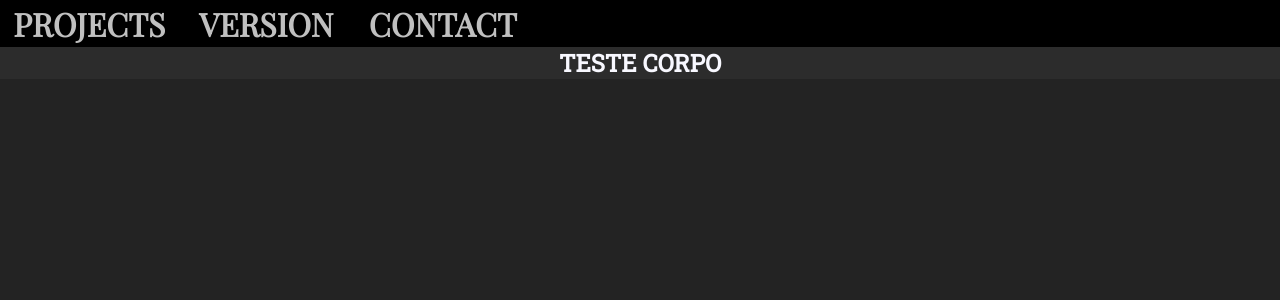
Repository: danieltrancozo/danieltrancozo.github.io
Page: index.html
An editor plug-in stored every save of this project. The page is shown before and after the next save, followed by the edit.
The browser window is 1280 px wide. The pictures show the whole page.

Above is the page before, as saved 2021-05-04 22:54:32.

After the next save:
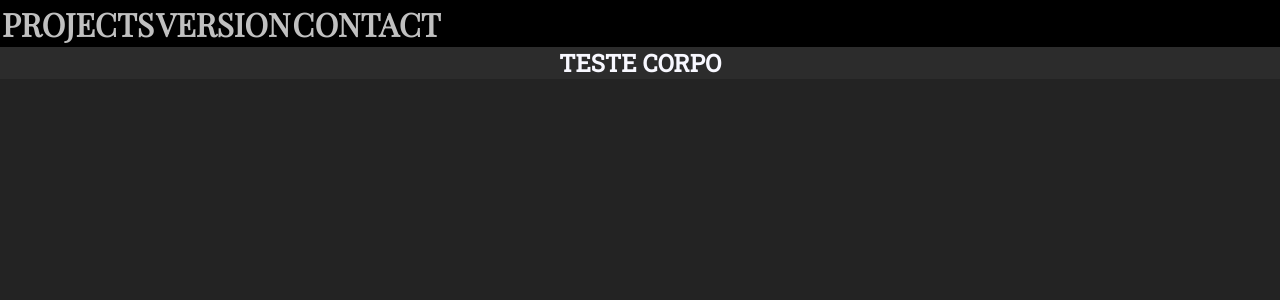
Saved 119 s later.
--- a/css/estilo3.css
+++ b/css/estilo3.css
@@ -37,5 +37,5 @@ body{
     border-color: transparent;
 }
 td{
-    width: 29%;
+    padding: auto;
 }
